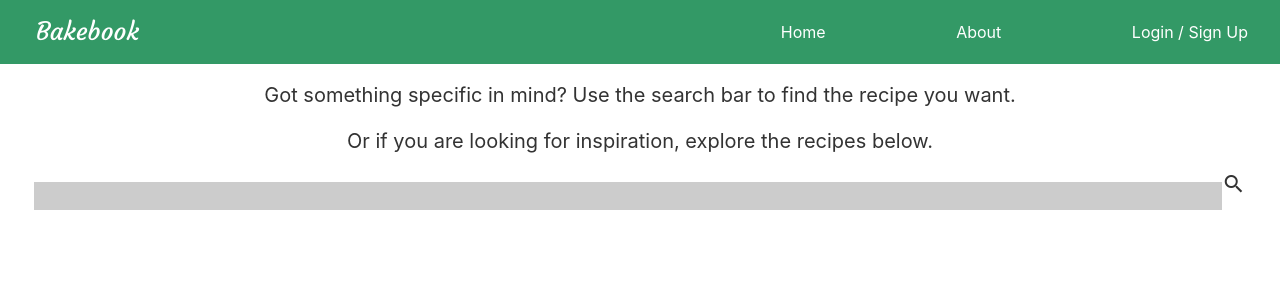
Repository: kmaaallen/bake_book
Page: templates/recipes.html
The author's editor kept a record of every edit. The page is drawn from the files as they stood at one moment, then again after the next edit.
The browser window is 1280 px wide. The pictures show the whole page.
Some web libraries are served in a nearby version. The template is drawn by Flask 3. The application's start-up code is not run. Other server files are loaded and not shown. The template is opened directly, without the code that normally fills it, so the values that code supplies are empty.

Above is the page before.

### templates/recipes.html
{% extends 'base.html' %} {% block content %}

<div class="row search-form-top">
    <p class="home-page-header">Got something specific in mind? Use the search bar to find the recipe you want.</p>
    <p class="home-page-header">Or if you are looking for inspiration, explore the recipes below.</p>
  <form action="{{url_for('search_results', keywords=keywords)}}" class="search-form" method="POST">
    <div class="input-field">
      <input class="search-bar" id="keywords" type="search" name="keywords">
      <label class="label-icon" for="search"><i class="material-icons">search</i></label>
    </div>
  </form>
  </div>
  <div class="row display-recipes">
  {% for recipe in recipes %}
  <div class="card img-fluid" style="width: 18rem;">
    <img src="{{recipe.recipe_url}}" class="card-img-top" alt="recipe image">
    <div class="card-body">
      <h3 class="card-title">{{recipe.recipe_title}}</h3>
      <p class="card-text">{{recipe.sub_title}}</p>
      <a href="{{url_for('recipe_card', recipe_id=recipe._id)}}" class="btn view-recipe-btn">View Recipe</a>
    </div>
  </div>
  {% endfor %}
  </div>


{% endblock %}

### templates/base.html
<!DOCTYPE html>
<html>

<head>
    <meta name="viewport" content="width=device-width, initial-scale=1">
    <title>BakeBook</title>
    <link href="https://fonts.googleapis.com/icon?family=Material+Icons" rel="stylesheet">
    <link rel="stylesheet" href="https://stackpath.bootstrapcdn.com/font-awesome/4.7.0/css/font-awesome.min.css" type="text/css" />
    <link rel="stylesheet" href="https://stackpath.bootstrapcdn.com/bootstrap/4.3.1/css/bootstrap.min.css">
    <link rel="stylesheet" href="{{url_for('static', filename='css/style.css')}}" type="text/css" />
    <link rel="shortcut icon" type="image/x-icon" href="static/favicon.ico">
</head>

<body>
    <!-- mobile nav -->
    <nav class="mobile-nav navbar fixed-top">
        <a class="navbar-brand" href="https://bake-book-milestone.herokuapp.com/">Bakebook</a>
        <div class="dropdown hidden-md-up">
            <ul class="nav-ul">
                <li class="nav-item dropdown-mobile">
                    <a class="nav-link mobile-dropdown dropdown" href="#" id="navbarDropdownMobileLink" role="button" data-toggle="dropdown" aria-haspopup="true" aria-expanded="false">
<i class="fa fa-bars"></i>
</a>
                    <div class="dropdown-menu mobile-menu dropdown-menu-right" aria-labelledby="navbarDropdownMobileLink">
                        <a class="dropdown-item" href="{{url_for('show_recipes')}}">Home</a>
                        <a class="dropdown-item" href="{{url_for('about')}}">About</a> {% if session['logged_in'] %}
                        <a class="dropdown-item" href="{{url_for('submit_recipe')}}">Submit a recipe</a>
                        <a class="dropdown-item" href="{{url_for('my_recipes')}}">My Recipes</a>
                        <a class="dropdown-item" href="{{url_for('my_saved_recipes')}}">My Saved Recipes</a>
                        <a class="dropdown-item" href="{{url_for('logout')}}">Logout</a> {% else %}
                        <a class="nav-link" href="{{url_for('login')}}">Login / Sign Up</a> {% endif %}
                    </div>
                </li>
            </ul>
        </div>
    </nav>
    <!--Main Nav Section -->
    <nav class="main-nav navbar fixed-top hidden-sm-down">
        <ul class="nav-ul">
            <li class="nav-item">
                <a class="navbar-brand" href="https://bake-book-milestone.herokuapp.com/">Bakebook</a>
            </li>
        </ul>
        <div class="main-nav-menu">
            <ul class="nav-ul">
                <li class="nav-item">
                    <a class="nav-link" href="{{url_for('show_recipes')}}">Home</a>
                </li>
                <li class="nav-item">
                    <a class="nav-link" href="{{url_for('about')}}">About</a>
                </li>
                {% if session['logged_in'] %}
                <li>
                    <a href="{{url_for('submit_recipe')}}">Submit a recipe</a>
                </li>
                <li class="nav-item dropdown">
                    <a class="nav-link dropdown-toggle" href="#" id="navbarDropdownMenuLink" role="button" data-toggle="dropdown" aria-haspopup="true" aria-expanded="false">
{{ session['username'] }}
</a>
                    <div class="dropdown-menu dropdown-menu-right dropdown-main-nav" aria-labelledby="navbarDropdownMenuLink">
                        <a class="dropdown-item" href="{{url_for('my_recipes')}}">My Recipes</a>
                        <a class="dropdown-item" href="{{url_for('my_saved_recipes')}}">My Saved Recipes</a>
                        <a class="dropdown-item" href="{{url_for('logout')}}">Logout</a>
                    </div>
                </li>
            </ul>
            {% else %}
            <a class="nav-link" href="{{url_for('login')}}">Login / Sign Up</a> {% endif %}
        </div>
    </nav>

    {% with messages = get_flashed_messages() %} {% if messages %} {% for message in messages %}
    <div class="alert alert-warning alert-dismissible" role="alert">
        {{message}}
    </div>
    {% endfor %} {% endif %} {% endwith %} {% block content %} {% endblock %}
    <script src="https://cdnjs.cloudflare.com/ajax/libs/jquery/3.2.1/jquery.min.js"></script>
    <script src="https://stackpath.bootstrapcdn.com/bootstrap/4.3.1/js/bootstrap.min.js"></script>
    <script src="/static/javascript/script.js"></script>
</body>

</html>

### static/css/style.css
@import url('https://fonts.googleapis.com/css?family=Courgette|Roboto&display=swap');

/* Main style */
body{
    color:#333333;
}

.row{
    margin-left:15px;
    margin-right:15px;
}

a{
    color:#ffffff;
}

a:hover {
    color: #003333;
    text-decoration:none;
}

a:not([href]):not([tabindex]) {
    color:#ffffff;
}

.alert-warning {
    color: #856404;
    background-color: #fff3cd;
    border-color: #ffeeba;
    margin-top: 50px;
    margin-bottom: -50px;
}

/* error page style */
.error-page{
    margin-left:100px;
    margin-top:100px;
    margin-right:100px;
}

.error-home-link{
    color:#339966;
}

/* Page header styling*/
.page-header{
    margin-top:80px;
    margin-left:25px;
}

.home-page-header{
    font-size:20px;
    text-decoration: none;
    text-align: center;
    margin-left: auto;
    margin-right: auto;
    width: 100%;
}

/* Nav styling */

.navbar{
    background-color: #339966;
    list-style:none;
    margin-bottom:10px;
}

.navbar-brand{
    padding-left: 20px;
    font-family: 'Courgette';
    color: #ffffff;
    font-size:25px;
}

.navbar-brand:hover{
    color:#003333;
}

.main-nav-menu {
    display: inline-flex;
    width: 40%;
    justify-content: space-between;
    align-items: baseline;
}

.nav-ul {
    list-style: none;
    display: contents;
}

/*Styling for nav menu dropdown*/

.dropdown-menu, .dropdown-item, .nav-link{
    background-color:#339966;
    color:#ffffff;
}

.dropdown-item:focus, .dropdown-item:hover {
    color: #003333;
    text-decoration: none;
    background-color: #339966;
}

.dropdown-menu-right{
    right: -23px;
}

/* Recipes homepage style */
.display-recipes{
    justify-content:center;
}

.input-field{
    margin-right: auto;
    margin-left: auto;
    display: flex;
    justify-content: center;
}

.search-bar {
    background-color: #cccccc;
    width: 95%;
    margin-top: 10px;
}

.search-bar:focus {
    outline: none;
}

.search-form-top{
    margin-top: 80px;
}

.search-form{
    width: 100%;
    height:50px;
}

.search-btn {
    background-color: #339966;
    color: #ffffff;
    height: 24px;
    margin-left: 5px;
    padding: 0px;
    transform: translateY(12px);
}

.card-img-top{
    height: 250px;
    object-fit: cover;
}

.card-text {
    min-height: 100px;
    font-size: larger;
}

.card-title{
    min-height:120px;
}

.view-recipe-btn{
    color: #fff;
    background-color: #339966;
    border-color: #339966;
}

/* Recipecard template styling */

.recipe-container{
    padding-left:20px;
    font-family: 'Roboto';
    margin-top:100px;
}

.method-ingredient-title{
    text-decoration: underline;
}

.btn.save-btn{
    background-color:#003333;
    color:#ffffff;
    margin-top:30px;
}

.btn:focus {
    outline: 0;
    box-shadow: 0 0 0 0.2rem #cccccc;
}

.full-recipe-card{
    width:100%;
    margin-bottom: 20px;
    border: 0px solid rgba(0,0,0,0);
}

.full-recipe-card-top{
    height:500px;
    object-fit: cover;
}

.full-recipe-card-body{
    height: 60px;
}

.icon-star{
    transform: translateY(4px);
}

/* Submit / Edit  recipe form styling */

.helper-text{
    color:#cccccc;
    font-size: 16px;
}

.textarea-add-btn {
    transform: translateY(-10px);
}

.add-btn {
    background-color: #339966;
    color: #ffffff;
    height: 24px;
    margin-left: 5px;
    padding: 0px;
}

.form-container{
    padding-right: 20px;
    font-family: 'Roboto';
    max-width: 90%;
    margin-top:80px;
    margin-left:50px;
}

input{
    width:90%;
    box-shadow: none;
    margin-bottom: 10px;
    border: solid 1px #cccccc;
    padding-left:10px;
}

input:focus, textarea:focus{
    outline-color:#cccccc;
}

.extra-input{
    width: 80%;
}

.input-div-width{
    width: 100%;
}

textarea {
    overflow: auto;
    resize: vertical;
    width: 90%;
    height: 28px;
    border-color: #cccccc;
}

.label{
    color: #339966;
}


/* about page styling */
.about-page{
    margin-left:50px;
    margin-top:100px;
}

.about-text, .about-header{
    margin-left:-26px;
}

.jumbotron-fluid{
    background-image:url('https://c.pxhere.com/images/41/f2/9cae19e4045f684f3c3b9eeb1bc7-1455763.jpg!d');
    height:400px;
    background-size:cover;
    margin: -55px -55px 20px -55px;
}

.mailto {
    color: #339966;
}

/*login page styling*/
.signup{
    color:#339966;
}

.invalid-message{
    margin-left:50px;
}

/* My Recipes style */

.delete-recipe-btn{
    margin-top:10px;
    background-color:#333333;
    border-color: #333333;
}

.delete-recipe-btn:hover{
    color:#cccccc;
}

.preview-image, .submit-preview-image{
    height:200px;
}

/* Media Queries */
@media (max-width: 992px){
    .main-nav{
        display:none;
    }
    .btn.save-btn{
        margin-top:60px;
    }
    .textarea-add-btn{
        margin-top:10px;
    }
}
@media (min-width:992px) {
    .extra-input {
        width: 90%;
    }
}

### static/javascript/script.js
 //functions to add and remove extra inputs for method and ingredients
 function removeInput(e) {
     e.parentElement.remove(e.parentElement);
 }

 function addIngredient() {
     var newInput = $("<div><input required type='text' value='' class='ingredients extra-input' name='ingredients'></input><a class='btn add-btn' onClick='removeInput(this)'><i class='material-icons'>delete</i></a><a class='btn add-btn' onClick='addIngredient()'><i class='material-icons'>add</i></a></div>")
     $("#ingredients").append(newInput);
 }

 function addStep() {
     var newInput = $("<div><textarea value='' class='method extra-input' name='method'></textarea><a class='btn add-btn textarea-add-btn' onClick='removeInput(this)'><i class='material-icons'>delete</i></a><a class='btn add-btn textarea-add-btn' onClick='addStep()'><i class='material-icons'>add</i></a></div>")
     $("#method").append(newInput);
 }

 // show recipe url preview if not empty
 function showEditPreview() {
  var new_url = document.getElementById('recipe_url').value;
  if (document.getElementById('recipe_url').value != "") {
   document.getElementById('edit-preview').src = new_url;
  }
  else {
   document.getElementById('edit-preview').src = '/static/images/default.png';
  }
 }

 function showSubmitPreview() {
  var new_url = document.getElementById('recipe_url').value;
  if (document.getElementById('recipe_url').value != "" && document.getElementById("recipe_url").value.toLowerCase().endsWith('.jpg')) {
   document.getElementById('submit-preview').src = new_url;
  }
  else {
   document.getElementById('submit-preview').src = "/static/images/default.png";
  }
 }

 $(document).ready(function() {
  // if recipe_url field is present call showPreview
  if (document.getElementById('edit-preview')) {
   showEditPreview();
   document.getElementById('recipe_url').addEventListener('change', showEditPreview);
  }
  else if (document.getElementById('submit-preview')) {
   showSubmitPreview();
   document.getElementById('recipe_url').addEventListener('change', showSubmitPreview);
  }
 });

After the next edit:
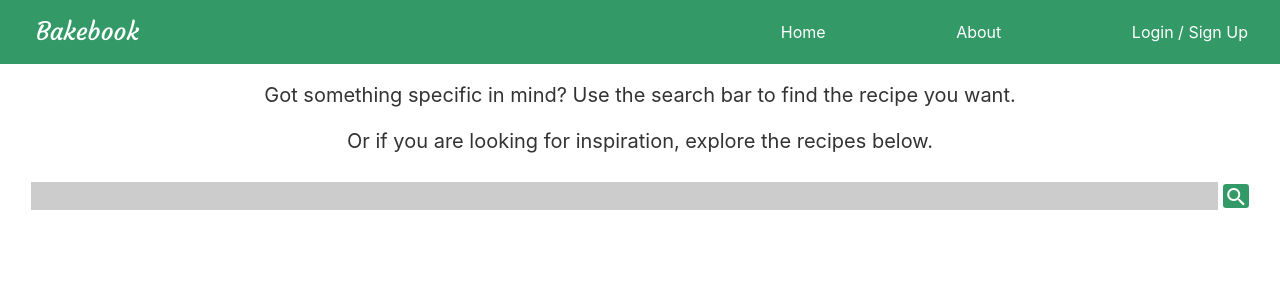
The edit:
--- a/templates/recipes.html
+++ b/templates/recipes.html
@@ -6,7 +6,7 @@
   <form action="{{url_for('search_results', keywords=keywords)}}" class="search-form" method="POST">
     <div class="input-field">
       <input class="search-bar" id="keywords" type="search" name="keywords">
-      <label class="label-icon" for="search"><i class="material-icons">search</i></label>
+      <button class="btn btn-sm search-btn" typ="submit"><label class="label-icon" for="search"><i class="material-icons">search</i></label></button>
     </div>
   </form>
   </div>
